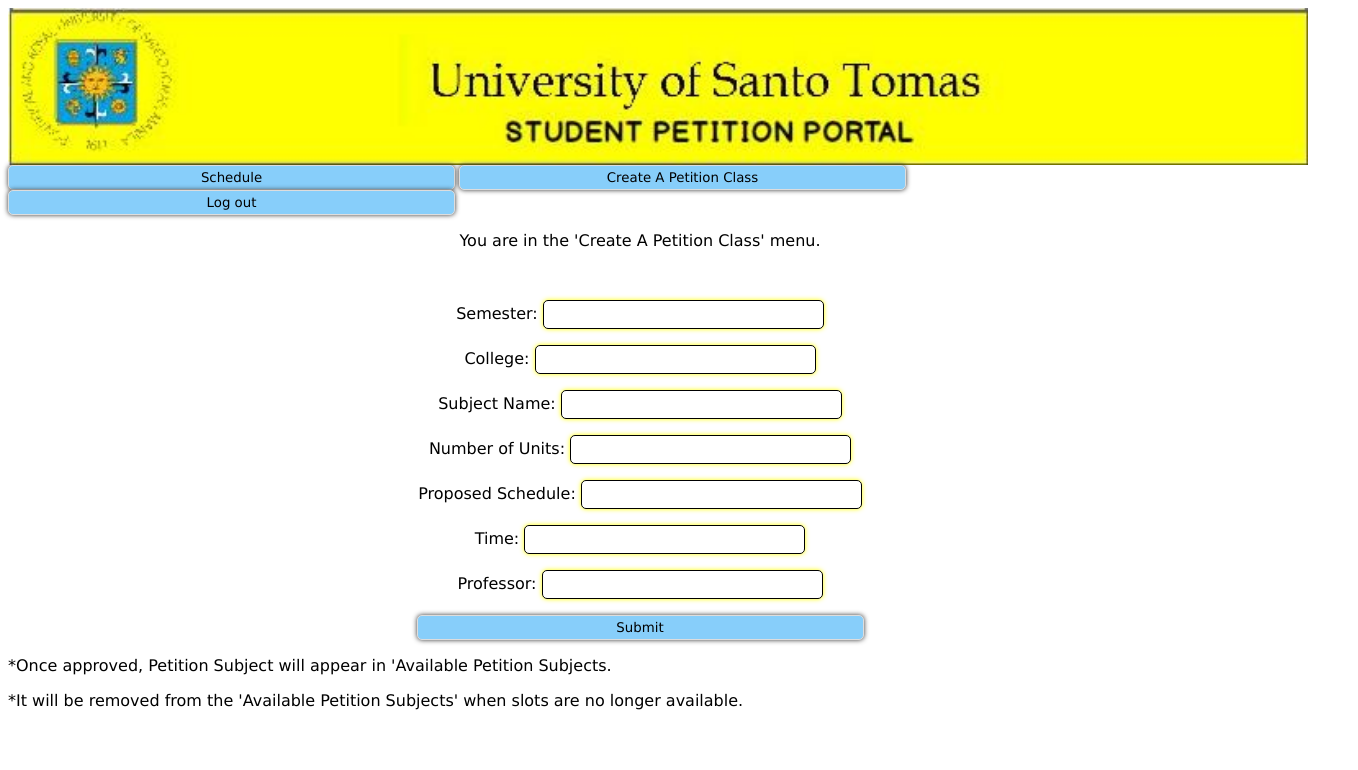
Repository: mawewatistel/PetitioningSystem
Page: http://localhost/SibuloTolentino/create.jsp
The author's editor kept a copy of each file at every save. The page is drawn from the files as they stood at one save, then again after the next save.
The browser window is 1280 px wide. The page is 1308 px wide, then 1358 px, so the pictures cover 1358 px, including what lies to the right of the window. The pictures show the whole page.
The page is served by Tomcat 9.

Above is the page before, as saved 2016-05-10 04:23:50.

After the next save:
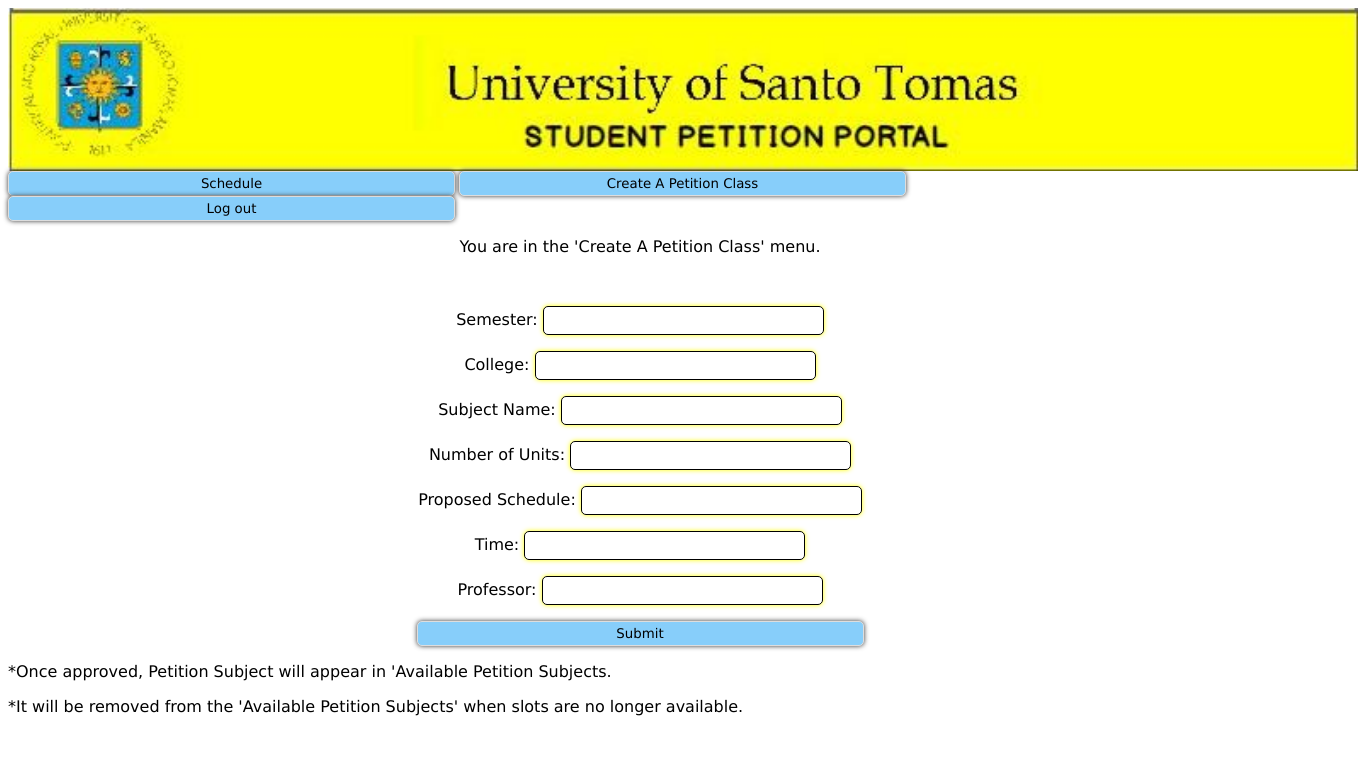
Saved 11 s later.
--- a/SibuloTolentino/WebContent/create.jsp
+++ b/SibuloTolentino/WebContent/create.jsp
@@ -8,7 +8,7 @@
 </head>
 <body>
 <form action ="petitionclasssubmit.jsp" method = "post">
-<img src ="Images/ust.JPG" alt = "Missing Image!=" width = 1300 height= ><br>
+<img src ="Images/ust.JPG" alt = "Missing Image!=" width = 1350 height= ><br>
 <form><input type="submit" name="one" value="Schedule"/>
 	<input type="submit" name="two"
 			value="Create A Petition Class" >
